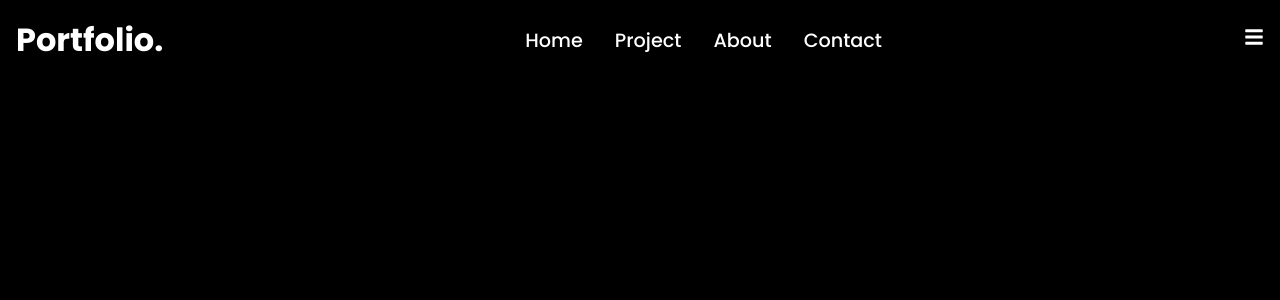
Repository: parisha-b3/My_Portfolio
Page: /
These files come from the project's save history. The page is drawn as it stood at one moment and after a run of saves; the edit follows.
The browser window is 1280 px wide. The pictures show the whole page.
The project was rebuilt for these pictures with package versions that can differ from the ones it lists, and the page was loaded fresh each time. Also part of the build but not shown: src/routes/About.js, src/routes/Project.js, src/routes/Contact.js.

Above is the page before, as saved 2024-10-14 12:14:56.

After the next 3 saves:
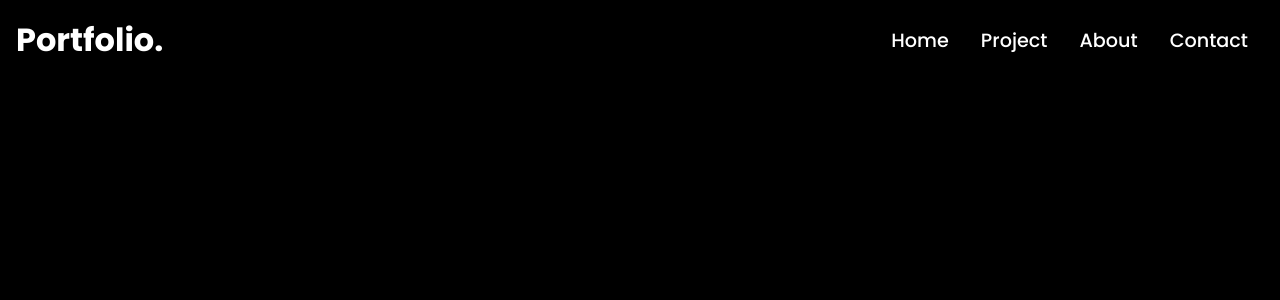
The 3 saves are shown as one change because they came seconds apart.
The last was saved 18 s later.
--- a/src/components/NavbarStyles.css
+++ b/src/components/NavbarStyles.css
@@ -13,6 +13,9 @@
 .nav-menu li a{
     font-size: 1.2rem;
     font-weight: 500;
+}
+.hamburger{
+    display: none;
 }
 @media screen and (max-width:1040px) {
     .nav-menu{

After the 2 saves that followed:
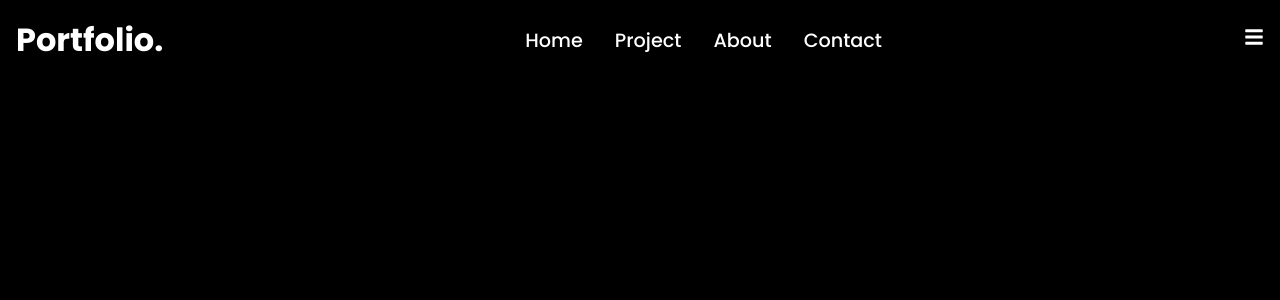
The 2 saves are shown as one change because they came seconds apart.
The last was saved 21 s later.
--- a/src/components/NavbarStyles.css
+++ b/src/components/NavbarStyles.css
@@ -15,7 +15,7 @@
     font-weight: 500;
 }
 .hamburger{
-    display: none;
+    display: initial;
 }
 @media screen and (max-width:1040px) {
     .nav-menu{
